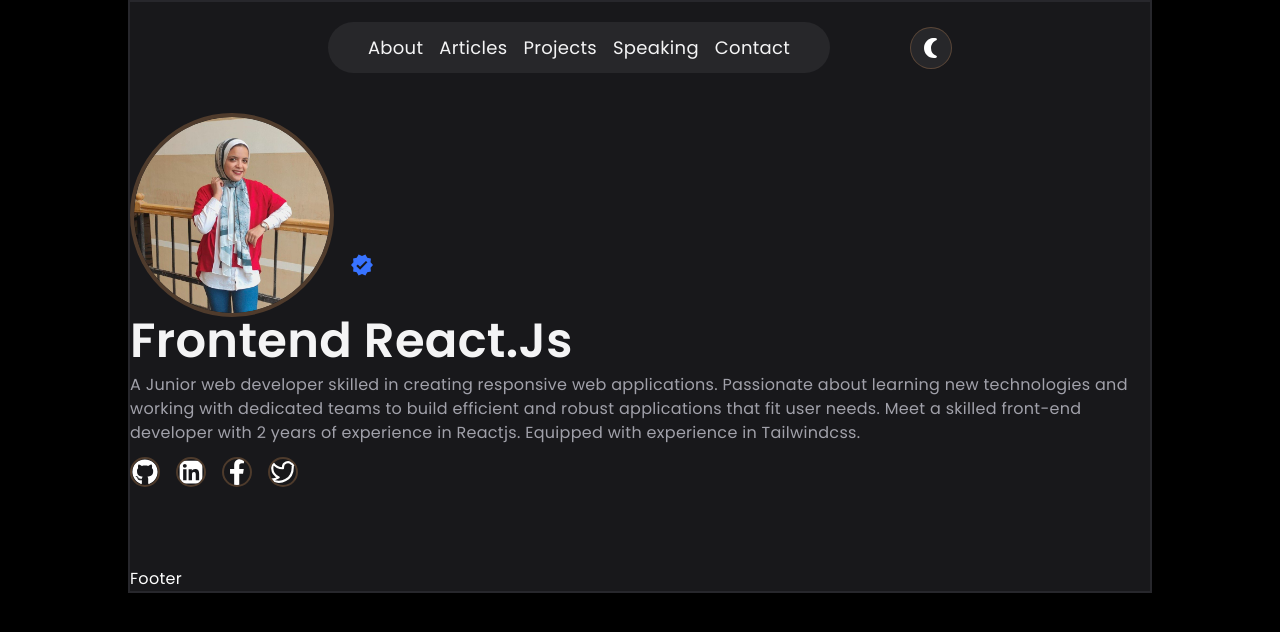
Repository: Wafaabahgat/Portfolio
Page: /
The author's editor kept a copy of each file at every save. The page is drawn from the files as they stood at one save, then again after a run of saves.
The browser window is 1280 px wide. The pictures show the whole page.
The project was rebuilt for these pictures with package versions that can differ from the ones it lists, and the page was loaded fresh each time. Also part of the build but not shown: vite.config.ts, src/App.css.

Above is the page before, as saved 2023-12-08 03:31:13.

After the next 4 saves:
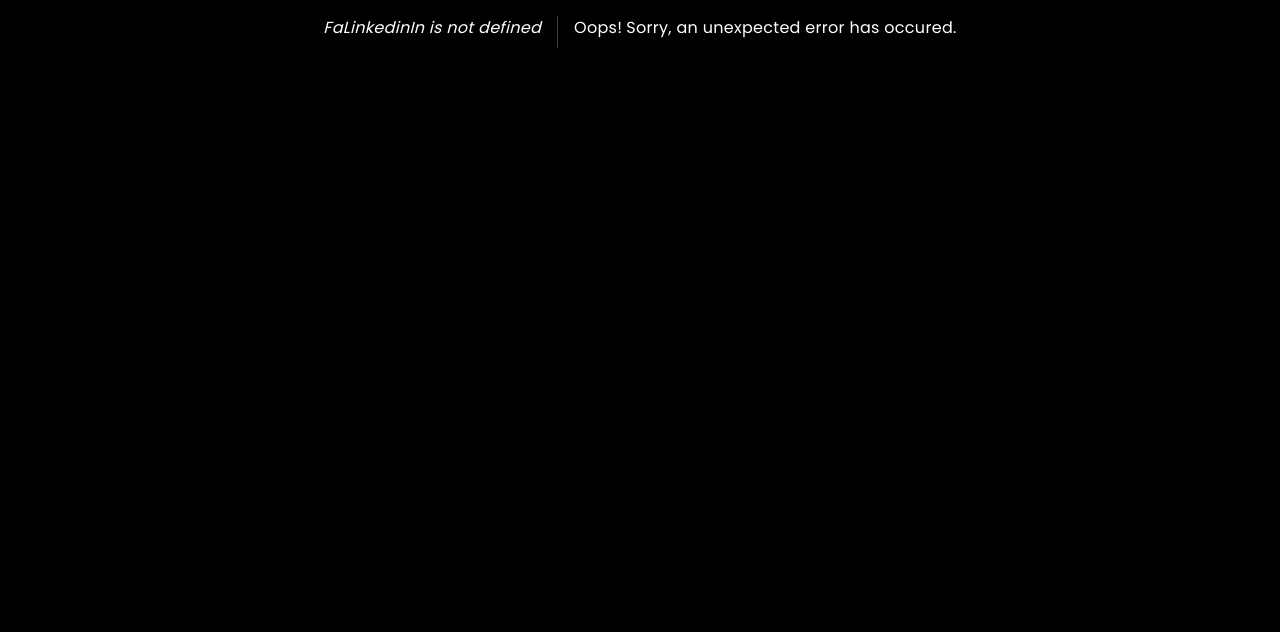
Console error: ReferenceError: FaLinkedinIn is not defined
The 4 saves are shown as one change because they came seconds apart.
The last was saved 44 s later.
--- a/src/components/home/Hero.tsx
+++ b/src/components/home/Hero.tsx
@@ -30,7 +30,7 @@
           </p>
           <div className="flex gap-4 ">
             <FaGithub className="text-3xl rounded-full  border-2 border-border-menu "/>
-            <FaLinkedin className="text-3xl rounded-full border-2 border-border-menu "/>
+            <FaLinkedinIn className="text-3xl rounded-full border-2 border-border-menu "/>
             <FaFacebookF className="text-3xl rounded-full border-2 border-border-menu "/>
             <FiTwitter className="text-3xl rounded-full border-2 border-border-menu "/>
           </div>

After the 2 saves that followed:
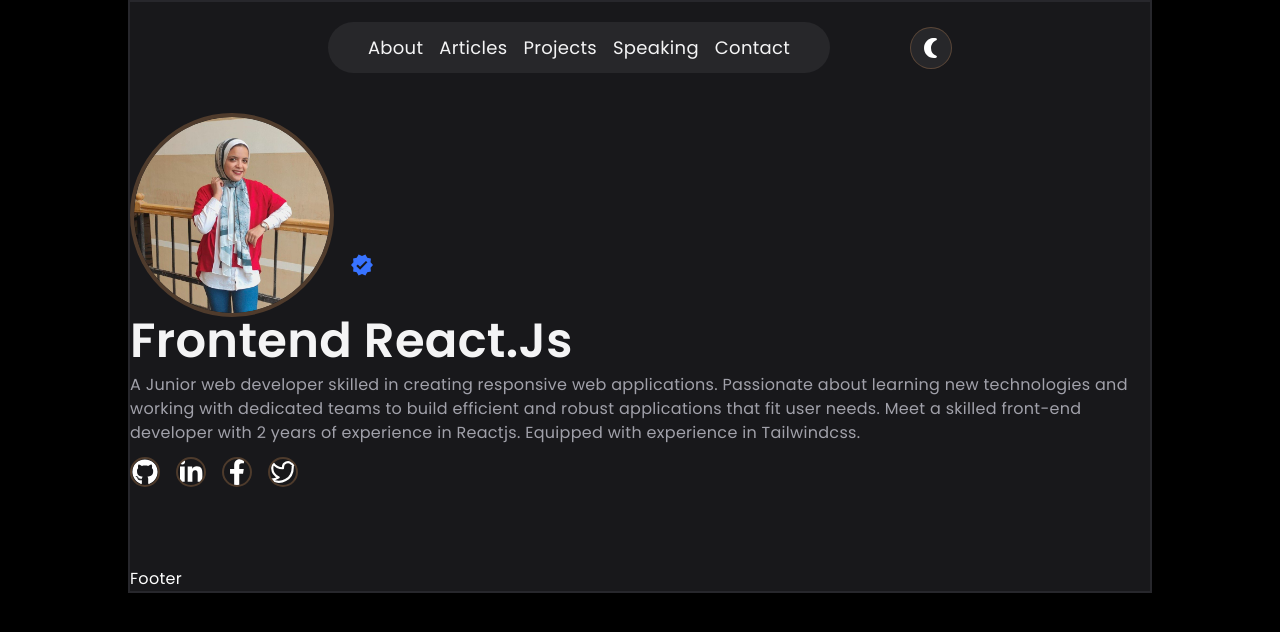
The error is gone.
The 2 saves are shown as one change because they came seconds apart.
The last was saved 11 s later.
--- a/src/components/home/Hero.tsx
+++ b/src/components/home/Hero.tsx
@@ -1,7 +1,7 @@
 import { FC } from "react";
 import avatar from "../../assets/avatar1.png";
 import { MdVerified } from "react-icons/md";
-import { FaFacebookF, FaLinkedin,FaGithub } from "react-icons/fa";
+import { FaFacebookF, FaLinkedinIn, FaGithub } from "react-icons/fa";
 import { FiTwitter } from "react-icons/fi";
 
 interface HeroProps {}
@@ -29,10 +29,10 @@
             experience in Reactjs. Equipped with experience in Tailwindcss.
           </p>
           <div className="flex gap-4 ">
-            <FaGithub className="text-3xl rounded-full  border-2 border-border-menu "/>
-            <FaLinkedinIn className="text-3xl rounded-full border-2 border-border-menu "/>
-            <FaFacebookF className="text-3xl rounded-full border-2 border-border-menu "/>
-            <FiTwitter className="text-3xl rounded-full border-2 border-border-menu "/>
+            <FaGithub className="text-3xl rounded-full  border-2 border-border-menu " />
+            <FaLinkedinIn className="text-3xl rounded-full border-2 border-border-menu " />
+            <FaFacebookF className="text-3xl rounded-full border-2 border-border-menu " />
+            <FiTwitter className="text-3xl rounded-full border-2 border-border-menu " />
           </div>
         </div>
       </div>
